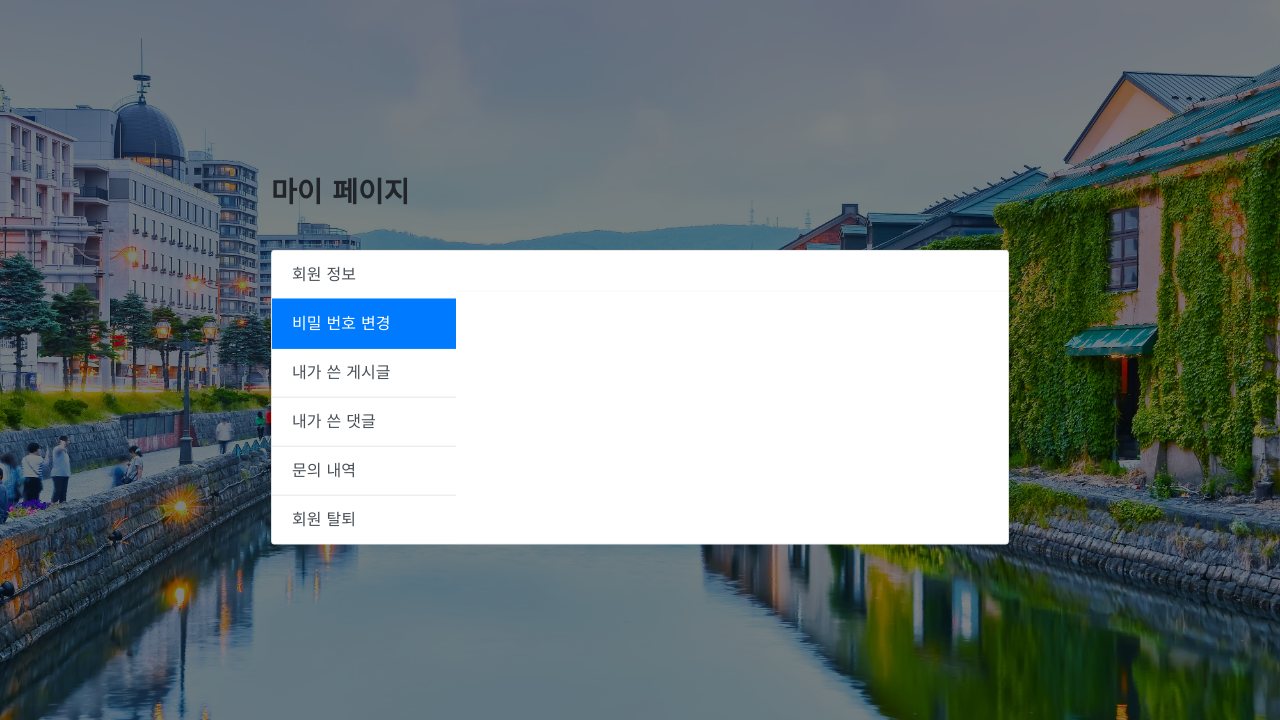
Repository: ExiNni/Travel-Project
Page: http://localhost/project_login/myPage/user-post.jsp
The author's editor kept a copy of each file at every save. The page is drawn from the files as they stood at one save, then again after the next save.
The browser window is 1280 px wide. The pictures show the whole page.
The page is served by Tomcat 9. Other server files are loaded and not shown.

Above is the page before, as saved 2023-11-08 07:06:21.

### project_login/src/main/webapp/myPage/user-post.jsp
<%@ page language="java" contentType="text/html; charset=UTF-8"
	pageEncoding="UTF-8"%>
<!DOCTYPE html>
<html>
<head>
<meta charset="UTF-8">
<meta name="viewport" content="width=device-width, initial-scale=1.0">
<title>마이페이지</title>
<link rel="stylesheet" href="../myPage/mypage-css/mypage.css">
<link
	href="https://cdn.jsdelivr.net/npm/bootstrap@4.5.0/dist/css/bootstrap.min.css"
	rel="stylesheet">

</head>
<body>
	<form action="LoginServlet" method="post">
		 <header>
        <div class="total">
            <div class="container light-style flex-grow-1 container-p-y">
                <h3 class="font-weight-bold py-3 mb-4">
                    마이 페이지
                </h3>

                <div class="card overflow-hidden">
                    <div class="row no-gutters row-bordered row-border-light">
                        <div class="col-md-3 pt-0">
                            <div class="list-group list-group-flush account-settings-links">
                                <a class="list-group-item list-group-item-action" data-toggle="list" href="user-info.jsp">회원
                                    정보</a>
                                <a class="list-group-item list-group-item-action active" data-toggle="list" href="user_password.jsp">비밀 번호
                                    변경</a>
                                <a class="list-group-item list-group-item-action" data-toggle="list"
                                    href="user-post.jsp">내가 쓴 게시글</a>


                                <a class="list-group-item list-group-item-action" data-toggle="list" href="user-comment.jsp">내가 쓴
                                    댓글</a>
                                <a class="list-group-item list-group-item-action" data-toggle="list" href="user-inquiry-password.jsp">문의 내역</a>
                                <a class="list-group-item list-group-item-action" data-toggle="list" href="user-delete.jsp">회원 탈퇴</a>
                            </div>
                        </div>
                        <div class="col-md-9">
                            <div class="tab-content">
                                <div class="card-body media align-items-center">
                                </div>
                            </div>
                            <hr class="border-light m-0">
                            <div class="card-body">



                            </div>
                        </div>
                    </div>
                </div>
                <div class="text-right mt-3">
                </div>
            </div>
        </div>
    </header>
	</form>
</body>
</html>

### project_login/src/main/webapp/myPage/mypage-css/mypage.css
@charset "EUC-KR";

header{
    background-image:linear-gradient(rgba(0,0,0,0.5),rgba(0,0,0,0.5)), url('3.jpg');
    height: 100vh;
    background-size: cover;
    background-position: center;
}

.total {
    position: absolute;
    top: 50%;
    left: 50%;
    transform: translate(-50%, -50%);
    font-family: Verdana, Geneva, Tahoma, sans-serif;
    width: 60%;
}

#cancle{
    background-color: gray;
    border-color: gray;
}

#delete{
    background-color: red;
    border-color: red;

}

.sad{
    margin-left: 10%;
}

After the next save:
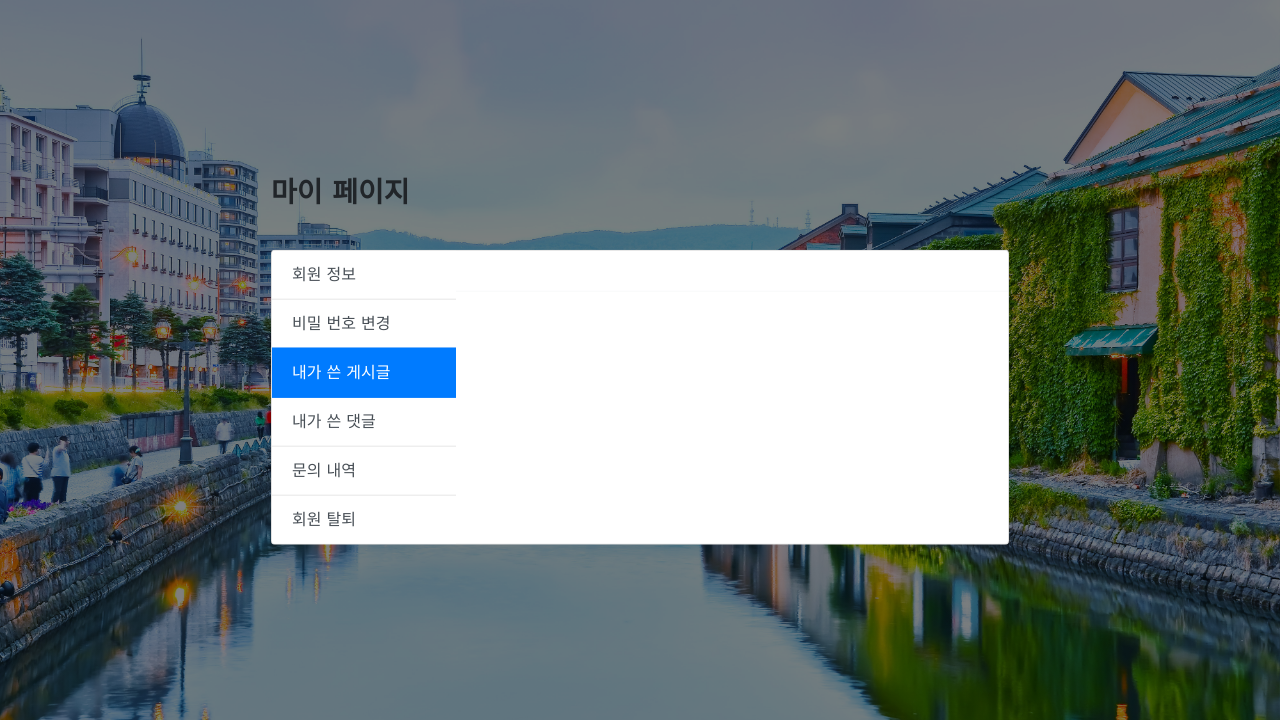
Saved 3 min 23 s later.
--- a/project_login/src/main/webapp/myPage/user-post.jsp
+++ b/project_login/src/main/webapp/myPage/user-post.jsp
@@ -27,9 +27,9 @@
                             <div class="list-group list-group-flush account-settings-links">
                                 <a class="list-group-item list-group-item-action" data-toggle="list" href="user-info.jsp">회원
                                     정보</a>
-                                <a class="list-group-item list-group-item-action active" data-toggle="list" href="user_password.jsp">비밀 번호
+                                <a class="list-group-item list-group-item-action" data-toggle="list" href="user_password.jsp">비밀 번호
                                     변경</a>
-                                <a class="list-group-item list-group-item-action" data-toggle="list"
+                                <a class="list-group-item list-group-item-action active" data-toggle="list"
                                     href="user-post.jsp">내가 쓴 게시글</a>
 
 
